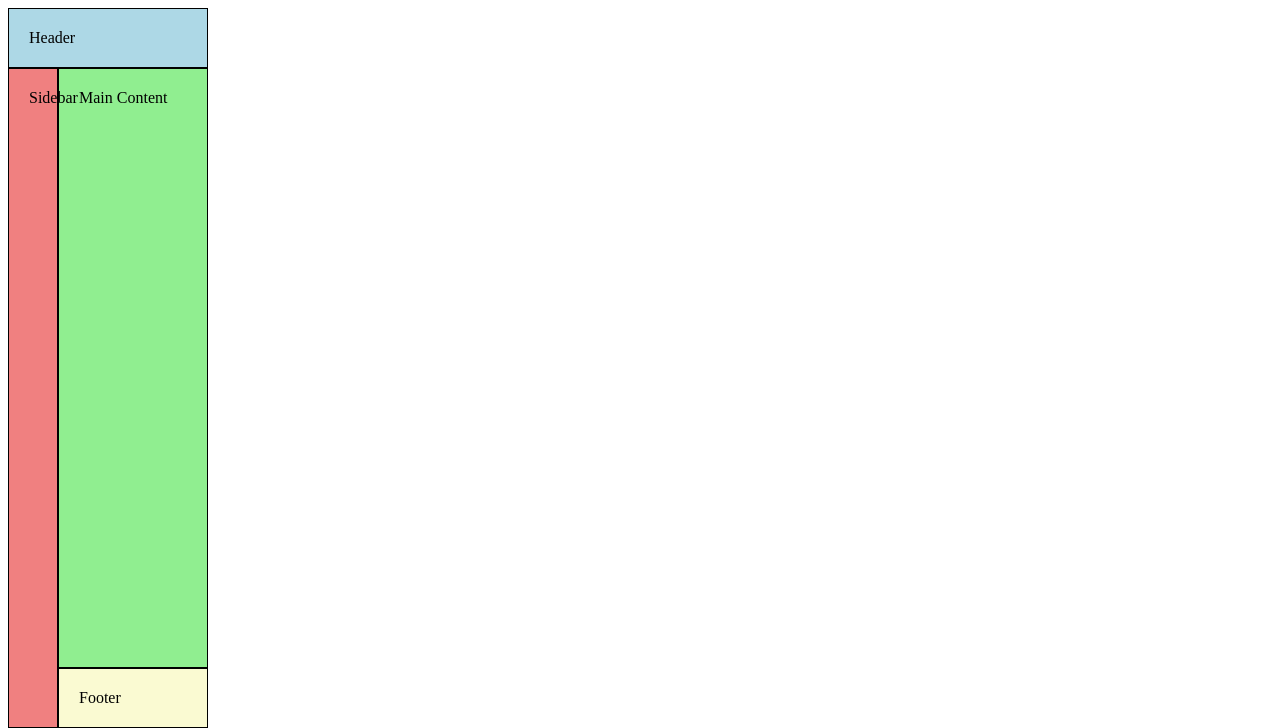
Repository: gustavotwist/desafio-grid
Page: assets/index.html
These files come from the project's save history. The page is drawn as it stood at one moment and after the next save; the edit follows.
The browser window is 1280 px wide. The pictures show the whole page.

Above is the page before, as saved 2024-08-13 18:56:25.

After the next save:
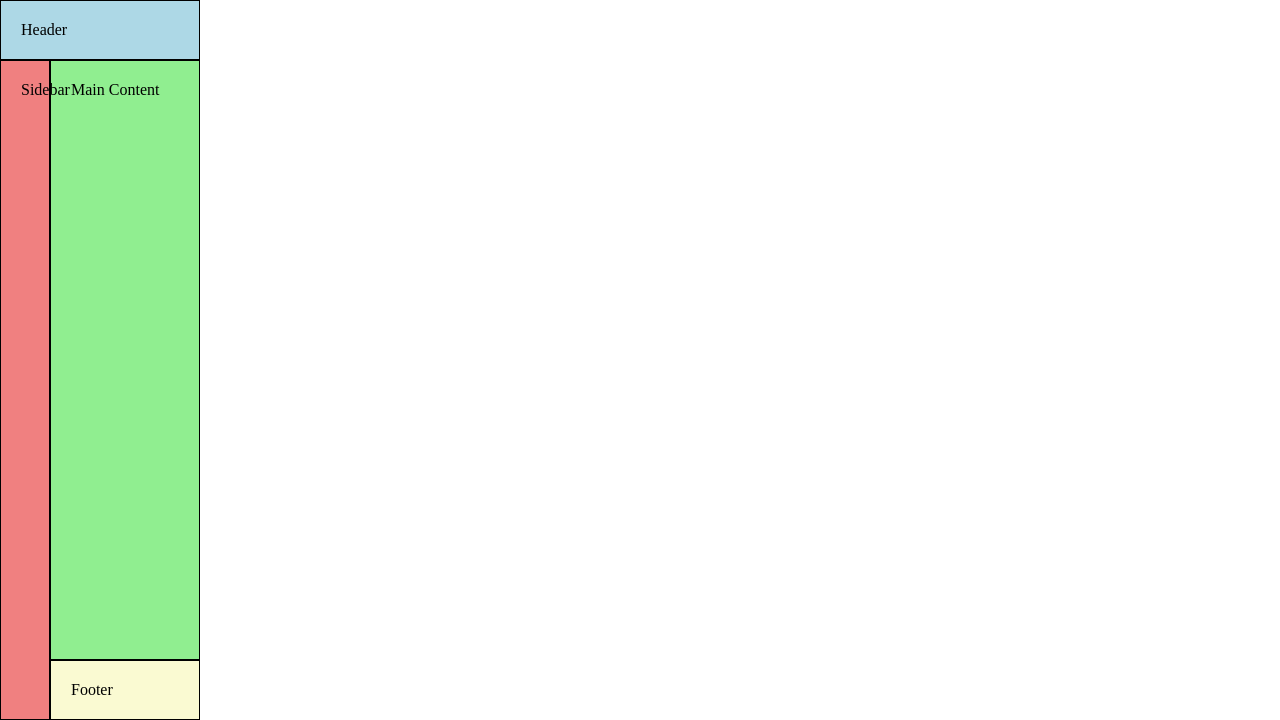
Saved 12 s later.
--- a/assets/css/style.css
+++ b/assets/css/style.css
@@ -5,7 +5,7 @@
 
 html, body {
     height: 100%;
-    margin:;
+    margin: 0;
 }
 
 .container {

After the save that followed:
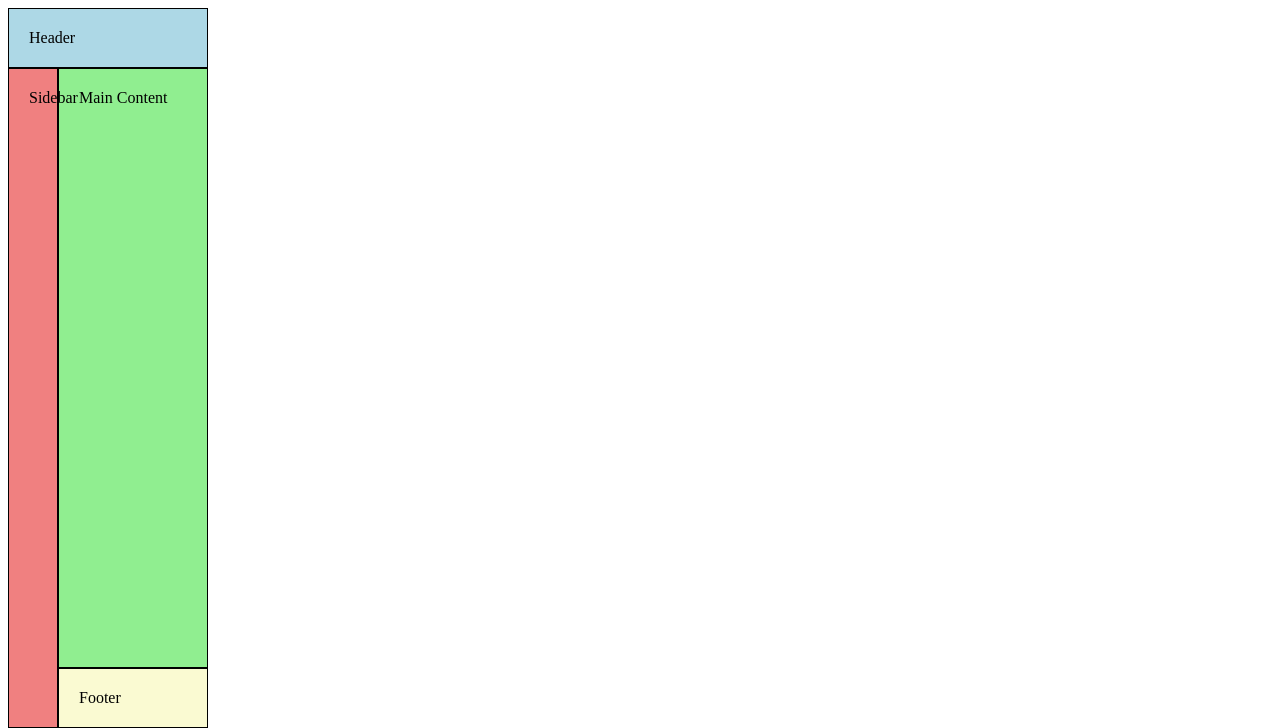
Saved 22 s later.
--- a/assets/css/style.css
+++ b/assets/css/style.css
@@ -5,7 +5,7 @@
 
 html, body {
     height: 100%;
-    margin: 0;
+    margin: ;
 }
 
 .container {
